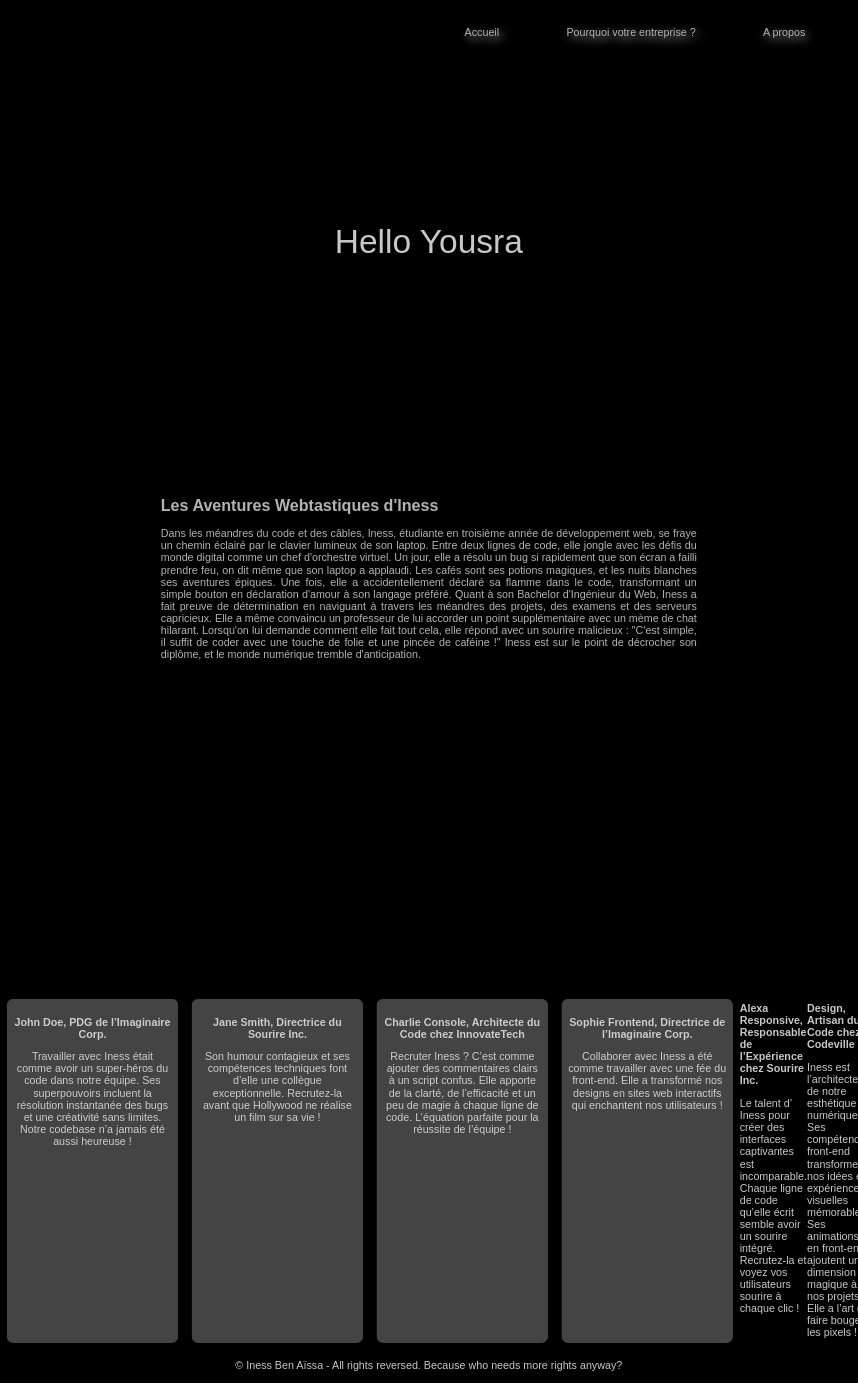
Repository: inessben/application
Page: index.html
The author's editor kept a copy of each file at every save. The page is drawn from the files as they stood at one save, then again after the next save.
The browser window is 1280 px wide. The pictures show the whole page, at 67% of full size.

Above is the page before, as saved 2023-12-03 20:25:07.

### index.html
<!DOCTYPE html>
<html lang="en">
<head>
    <meta charset="UTF-8">
    <meta name="viewport" content="width=device-width, initial-scale=1.0">
    <!-- generate the icon -->
    <link rel="apple-touch-icon" sizes="180x180" href="/favicon/apple-touch-icon.png">
    <link rel="icon" type="image/png" sizes="32x32" href="/favicon/favicon-32x32.png">
    <link rel="icon" type="image/png" sizes="16x16" href="/favicon/favicon-16x16.png">
    <link rel="manifest" href="/favicon/site.webmanifest">
    <link rel="mask-icon" href="/favicon/safari-pinned-tab.svg" color="#5bbad5">
    <meta name="msapplication-TileColor" content="#da532c">
    <!--  -->
    <meta name="theme-color" content="#333333">
    <title>#slowlyApplication</title>
    <link rel="stylesheet" href="index.css">
</head>
<body>

    <section id="nav-header">
        <header class="nav-links">
            <a href="./index.html" class="link">Accueil</a>
            <a href="./company/company.html" class="link">Pourquoi votre entreprise ?</a>
            <a href="./about/about.html" class="link">A propos</a>
        </header>
    </section>

    <section id="interactive-section">
    <p id="text-content">Hello Yousra</p>
    </section>

    <section id="main-content">
        <h1>Les Aventures Webtastiques d'Iness</h1>
        <p>Dans les méandres du code et des câbles, Iness, étudiante en troisième année de développement web, se fraye un chemin éclairé par le clavier lumineux de son laptop. Entre deux lignes de code, elle jongle avec les défis du monde digital comme un chef d'orchestre virtuel. Un jour, elle a résolu un bug si rapidement que son écran a failli prendre feu, on dit même que son laptop a applaudi. Les cafés sont ses potions magiques, et les nuits blanches ses aventures épiques. Une fois, elle a accidentellement déclaré sa flamme dans le code, transformant un simple bouton en déclaration d'amour à son langage préféré.
        Quant à son Bachelor d'Ingénieur du Web, Iness a fait preuve de détermination en naviguant à travers les méandres des projets, des examens et des serveurs capricieux. Elle a même convaincu un professeur de lui accorder un point supplémentaire avec un mème de chat hilarant. Lorsqu'on lui demande comment elle fait tout cela, elle répond avec un sourire malicieux : "C'est simple, il suffit de coder avec une touche de folie et une pincée de caféine !" Iness est sur le point de décrocher son diplôme, et le monde numérique tremble d'anticipation.</p>
    </section>

    <section id="carousel-container">
        <section id="testimonial1">
            <p><strong>John Doe, PDG de l’Imaginaire Corp.</strong></p>
            <p>Travailler avec Iness était comme avoir un super-héros du code dans notre équipe. Ses superpouvoirs incluent la résolution instantanée des bugs et une créativité sans limites. Notre codebase n’a jamais été aussi heureuse !</p>
        </section>

        <section id="testimonial2">
            <p><strong>Jane Smith, Directrice du Sourire Inc.</strong></p>
            <p>Son humour contagieux et ses compétences techniques font d’elle une collègue exceptionnelle. Recrutez-la avant que Hollywood ne réalise un film sur sa vie !</p>
        </section>

        <section id="testimonial3">
            <p><strong>Charlie Console, Architecte du Code chez InnovateTech</strong></p>
            <p>Recruter Iness ? C’est comme ajouter des commentaires clairs à un script confus. Elle apporte de la clarté, de l’efficacité et un peu de magie à chaque ligne de code. L’équation parfaite pour la réussite de l’équipe !</p>
        </section>

        <section id="testimonial4">
            <p><strong>Sophie Frontend, Directrice de l’Imaginaire Corp.</strong></p>
            <p>Collaborer avec Iness a été comme travailler avec une fée du front-end. Elle a transformé nos designs en sites web interactifs qui enchantent nos utilisateurs !</p>
        </section>

        <section id="testimonial5">
            <p><strong>Alexa Responsive, Responsable de l’Expérience chez Sourire Inc.</strong></p>
            <p>Le talent d’ Iness pour créer des interfaces captivantes est incomparable. Chaque ligne de code qu’elle écrit semble avoir un sourire intégré. Recrutez-la et voyez vos utilisateurs sourire à chaque clic !</p>
        </section>

        <section id="testimonial6">
            <p><strong> Design, Artisan du Code chez Codeville</strong></p>
            <p>Iness est l’architecte de notre esthétique numérique. Ses compétences front-end transforment nos idées en expériences visuelles mémorables. Ses animations en front-end ajoutent une dimension magique à nos projets. Elle a l’art de faire bouger les pixels !</p>
        </section>
        </section>

        <footer>
            <p>© Iness Ben Aïssa - All rights reversed. Because who needs more rights anyway?</p>
        </footer>


    <script src="script.js"></script>
</body>
</html>

### index.css
body {
    margin: 0;
    /* overflow: hidden; */
    font-family: 'Arial', sans-serif;
    background-color: #000000;
    color: #c8c8c8;
    padding: 0;
}

#nav-header {
    position: absolute;
    top: 30px;
    right: 20px;
    font-size: 16px;
    font-weight: 500;
    padding: 10px;
}

.link {
    filter: drop-shadow(4px 5px 6px #b2b1b1);
    padding: 8px;
    text-decoration: none;
    color: #b3b3b3;
    margin: auto 40px;
}

.link:hover {
    opacity: 0.7;
}

#interactive-section {
    height: 100vh;
    font-size: 50px;
    display: flex;
    align-items: center;
    justify-content: center;
    background-color: #000000;
    transition: opacity 0.5s ease-in-out;
}

#main-content {
    z-index: 99;
    height: 100vh;
    top: -200px;
    color: #b3b3b3;
    max-width: 800px;
    margin: 20px auto;
    text-align: justify;
    padding: 0 20px;
    transition: opacity 0.5s ease-in-out;
}

#testimonial1,
#testimonial2,
#testimonial3,
#testimonial4{
    min-width: 20vw;
    background: #565656;
    border-radius: 20px;
    margin: 10px;
    padding: 10px;
    box-sizing: border-box;
    color: #fff;
    border-radius: 10px;
    text-align: center;
    opacity: 0.8;
    }

    #carousel-container {
    display: flex;
    overflow-x: auto;
    scroll-snap-type: x mandatory;
    -webkit-overflow-scrolling: touch; /* Pour un défilement plus fluide sur les appareils iOS */
    }

footer{
    display: flex;
    align-items: center;
    justify-content: center;
}

### script.js
const textContent = document.getElementById('text-content')
const interactiveSection = document.getElementById('interactive-section')
const mainContent = document.getElementById('main-content')
const h1Element = document.querySelector('#main-content h1')
const pElement = document.querySelector('#main-content p')

document.addEventListener('keydown', function (event) {
    if (event.code === 'Space') {
        switch (textContent.innerText) {
            case 'Hello Yousra':
                textContent.innerText = 'Hello Yasmine'
                break
            case 'Hello Yasmine':
                textContent.innerText = 'Hello Chi Khanh'
                break
            case 'Hello Chi Khanh':
                textContent.innerText = '...Or anyone else from the team'
                break
            case '...Or anyone else from the team':
                textContent.innerText = 'Let me present you...'
                break
            default:
                console.log('mainContent')
                interactiveSection.style.opacity = '0'
                interactiveSection.style.pointerEvents = 'none'
                // mainContent.classList.add('display')
                break
        }

        setTimeout(() => {
            mainContent.style.opacity = '1'
            h1Element.style.opacity = '1'
            pElement.style.opacity = '1'
        }, 300) // Ajustez le délai si nécessaire
    }
});

After the next save:
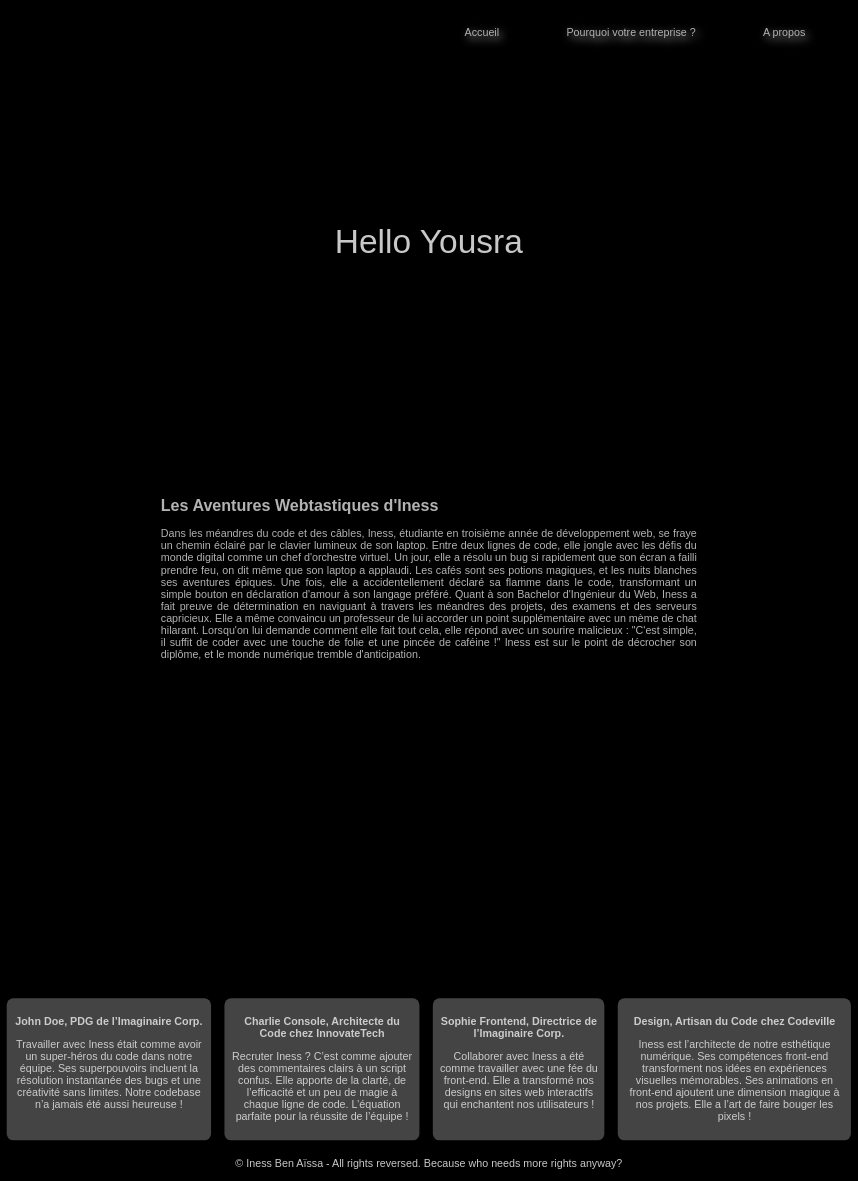
Saved 5 s later.
--- a/index.html
+++ b/index.html
@@ -42,26 +42,16 @@
         </section>
 
         <section id="testimonial2">
-            <p><strong>Jane Smith, Directrice du Sourire Inc.</strong></p>
-            <p>Son humour contagieux et ses compétences techniques font d’elle une collègue exceptionnelle. Recrutez-la avant que Hollywood ne réalise un film sur sa vie !</p>
-        </section>
-
-        <section id="testimonial3">
             <p><strong>Charlie Console, Architecte du Code chez InnovateTech</strong></p>
             <p>Recruter Iness ? C’est comme ajouter des commentaires clairs à un script confus. Elle apporte de la clarté, de l’efficacité et un peu de magie à chaque ligne de code. L’équation parfaite pour la réussite de l’équipe !</p>
         </section>
 
-        <section id="testimonial4">
+        <section id="testimonial3">
             <p><strong>Sophie Frontend, Directrice de l’Imaginaire Corp.</strong></p>
             <p>Collaborer avec Iness a été comme travailler avec une fée du front-end. Elle a transformé nos designs en sites web interactifs qui enchantent nos utilisateurs !</p>
         </section>
 
-        <section id="testimonial5">
-            <p><strong>Alexa Responsive, Responsable de l’Expérience chez Sourire Inc.</strong></p>
-            <p>Le talent d’ Iness pour créer des interfaces captivantes est incomparable. Chaque ligne de code qu’elle écrit semble avoir un sourire intégré. Recrutez-la et voyez vos utilisateurs sourire à chaque clic !</p>
-        </section>
-
-        <section id="testimonial6">
+        <section id="testimonial4">
             <p><strong> Design, Artisan du Code chez Codeville</strong></p>
             <p>Iness est l’architecte de notre esthétique numérique. Ses compétences front-end transforment nos idées en expériences visuelles mémorables. Ses animations en front-end ajoutent une dimension magique à nos projets. Elle a l’art de faire bouger les pixels !</p>
         </section>
